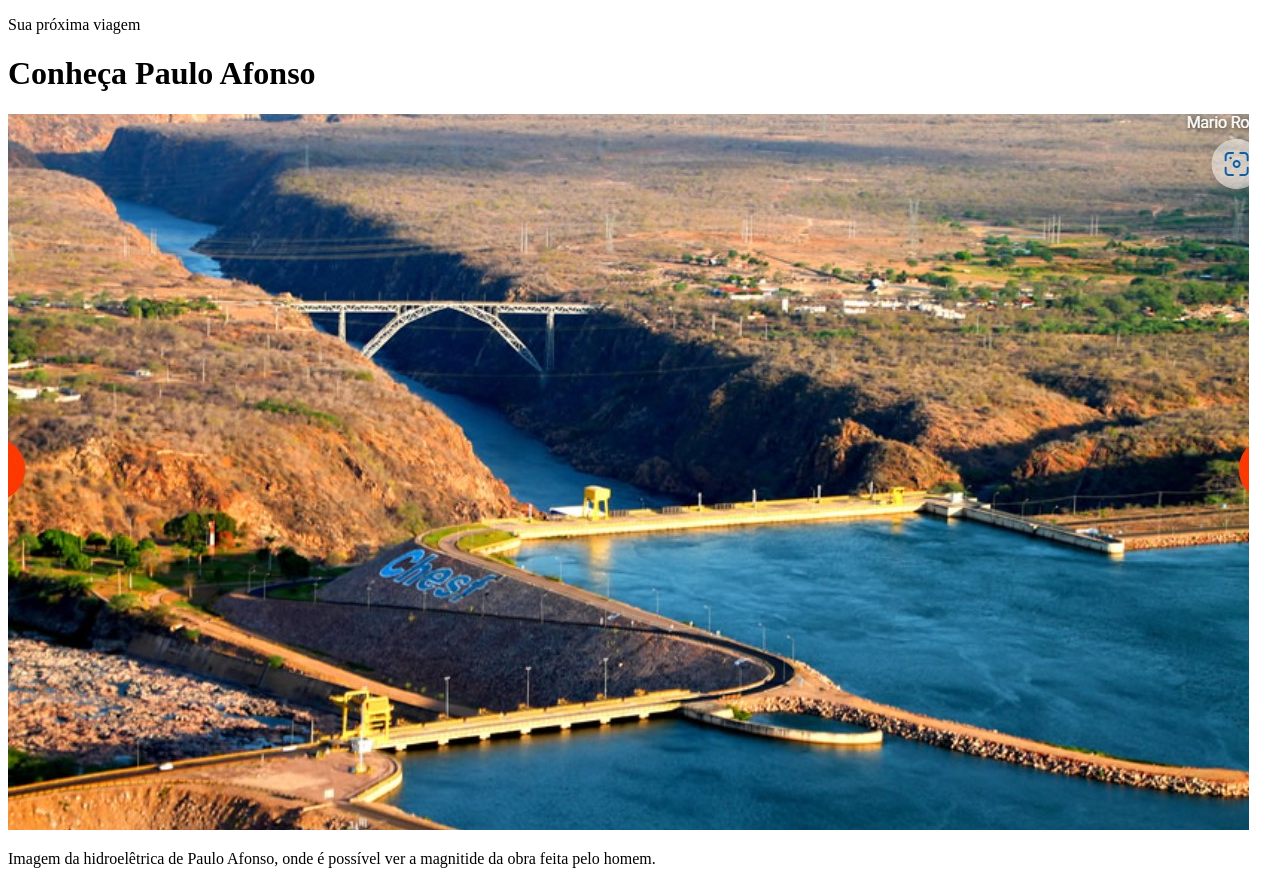
Repository: JeffRodFer/testeGitXGithub
Page: index.html
The author's editor kept a copy of each file at every save. The page is drawn from the files as they stood at one save, then again after the next save.
The browser window is 1280 px wide. The pictures show the whole page.

Above is the page before, as saved 2025-03-15 18:07:07.

### index.html
<!DOCTYPE html>
<html lang="pt-br">
<head>
    <meta charset="UTF-8">
    <meta name="viewport" content="width=device-width, initial-scale=1.0">
    <title>Local Turístico</title>
</head>
<body>
    <div>
        <p>Sua próxima viagem</p>
        <h1>Conheça Paulo Afonso</h1>
        <section>
            <img src="assets/main.jpg" alt="visão geral da hidroelêtrica">
            <p>Imagem da hidroelêtrica de Paulo Afonso, onde é possível ver a magnitide da obra feita pelo homem. </p>
        </section>
    </div>
</body>
</html>

After the next save:
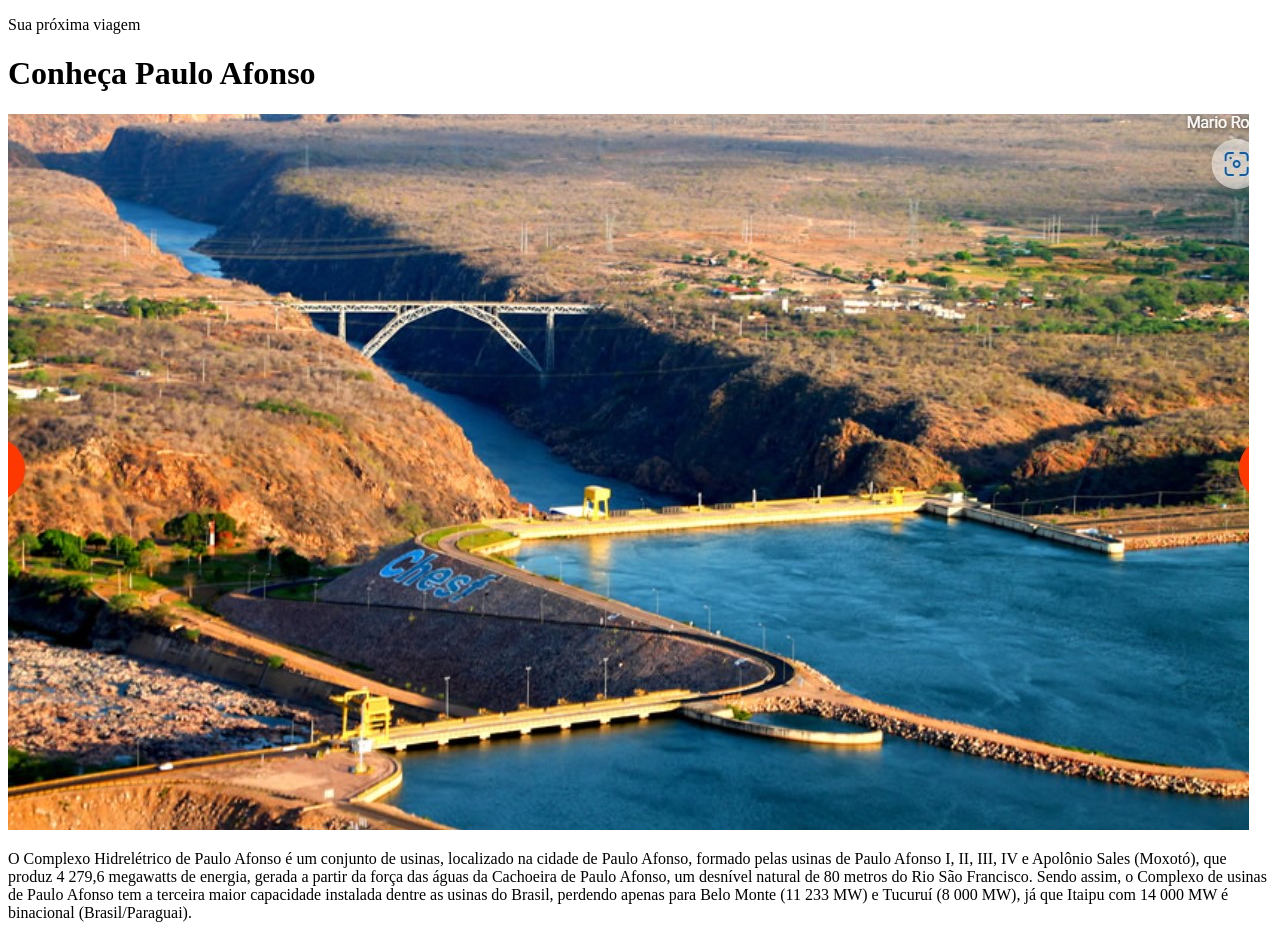
Saved 3 min 50 s later.
--- a/index.html
+++ b/index.html
@@ -11,7 +11,7 @@
         <h1>Conheça Paulo Afonso</h1>
         <section>
             <img src="assets/main.jpg" alt="visão geral da hidroelêtrica">
-            <p>Imagem da hidroelêtrica de Paulo Afonso, onde é possível ver a magnitide da obra feita pelo homem. </p>
+            <p>O Complexo Hidrelétrico de Paulo Afonso é um conjunto de usinas, localizado na cidade de Paulo Afonso, formado pelas usinas de Paulo Afonso I, II, III, IV e Apolônio Sales (Moxotó), que produz 4 279,6 megawatts de energia, gerada a partir da força das águas da Cachoeira de Paulo Afonso, um desnível natural de 80 metros do Rio São Francisco. Sendo assim, o Complexo de usinas de Paulo Afonso tem a terceira maior capacidade instalada dentre as usinas do Brasil, perdendo apenas para Belo Monte (11 233 MW) e Tucuruí (8 000 MW), já que Itaipu com 14 000 MW é binacional (Brasil/Paraguai). </p>
         </section>
     </div>
 </body>
